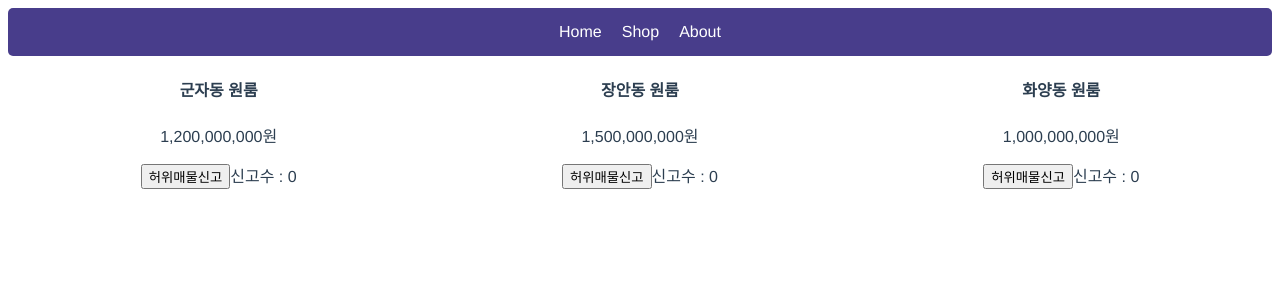
Repository: jy0813/Function
Page: / (app in function/)
The author's editor kept a copy of each file at every save. The page is drawn from the files as they stood at one save, then again after the next save.
The browser window is 1280 px wide. The pictures show the whole page.
The project was rebuilt for these pictures with package versions that can differ from the ones it lists, and the page was loaded fresh each time.

Above is the page before, as saved 2022-02-23 15:56:26.

### function/src/App.vue
<template>
<div class="menu">
  <a v-for="(item, i) in menu" :key="'item' + i">{{item}}</a>
  </div>
  <div class="room_list">
<div class="room" v-for="(item, k) in rooms" :key="'item' + k">
  <h4>{{item.address}}</h4>
  <p>{{numSet(item.price)}}원</p>
  <button @click="reportBtn">허위매물신고</button>
  <span>신고수 : {{item.report}}</span>
</div>
</div>
</template>

<script>


export default {
  name: 'App',
  data() {
    return {
      menu:['Home','Shop','About'],
      rooms:[
        {
          address:'군자동 원룸',
          price:'1200000000',
          report:0,
        },
        {
          address:'장안동 원룸',
          price:'1500000000',
          report:0,
        },
        {
          address:'화양동 원룸',
          price:'1000000000',
          report:0,
        }
      ],
    }
  },
   methods: {
    numSet(val) {
      if (!val) return (val = '');
      return val.toString().replace(/\B(?=(\d{3})+(?!\d))/g, ',');
    },
    reportBtn() {
      this.rooms.find((item) => {
        if(item.report >= 999) return item.report = 999;
        item.report += 1;
      })
    },
   }
}
</script>

<style>
#app {
  font-family: Avenir, Helvetica, Arial, sans-serif;
  -webkit-font-smoothing: antialiased;
  -moz-osx-font-smoothing: grayscale;
  text-align: center;
  color: #2c3e50;
}

.menu {
  background: darkslateblue;
  padding: 15px;
  border-radius: 5px;
}

.menu a {
  color:white;
  padding:10px;
}

.room_list {
  display: flex;
  justify-content: space-around;
}


</style>

Loaded but not shown: function/public/index.html (common file); function/src/main.js (common file)

After the next save:
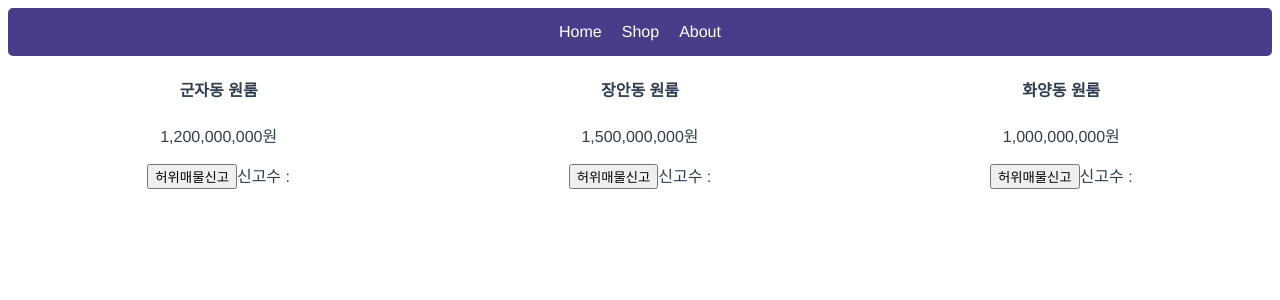
Saved 3 min 49 s later.
--- a/function/src/App.vue
+++ b/function/src/App.vue
@@ -7,7 +7,7 @@
   <h4>{{item.address}}</h4>
   <p>{{numSet(item.price)}}원</p>
   <button @click="reportBtn">허위매물신고</button>
-  <span>신고수 : {{item.report}}</span>
+  <span>신고수 : {{item.report[k]}}</span>
 </div>
 </div>
 </template>

After the save that followed:
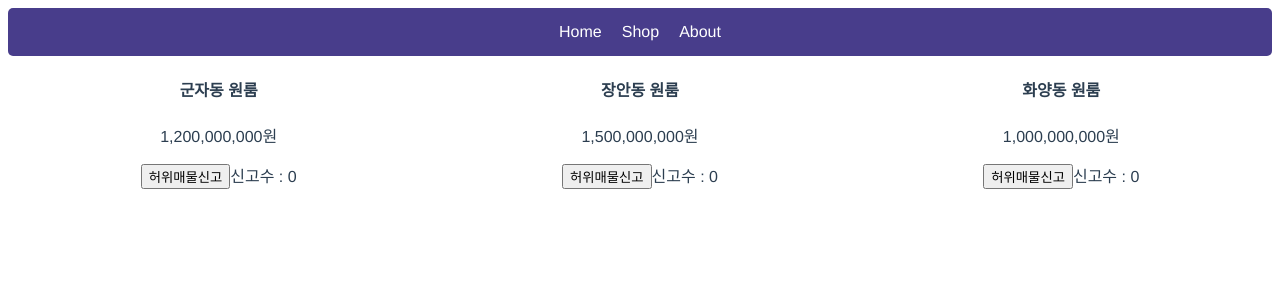
Saved 6 s later.
--- a/function/src/App.vue
+++ b/function/src/App.vue
@@ -7,7 +7,7 @@
   <h4>{{item.address}}</h4>
   <p>{{numSet(item.price)}}원</p>
   <button @click="reportBtn">허위매물신고</button>
-  <span>신고수 : {{item.report[k]}}</span>
+  <span>신고수 : {{item.report}}</span>
 </div>
 </div>
 </template>
